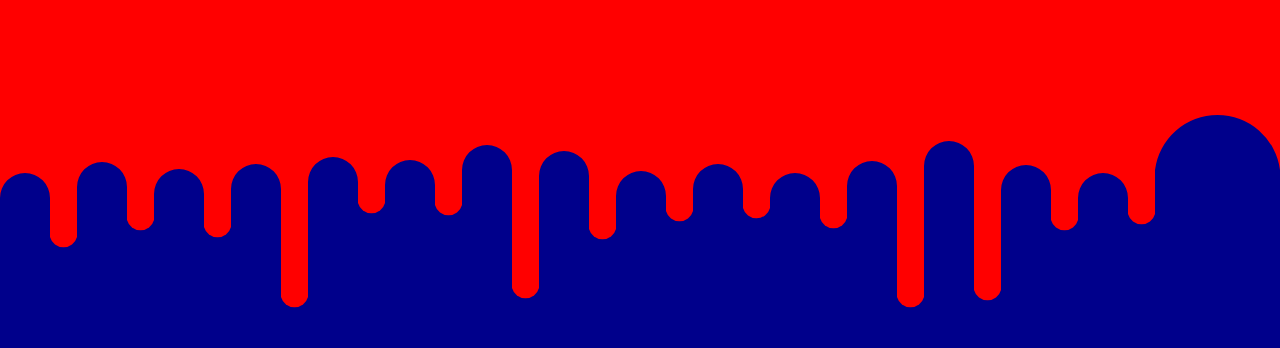
Repository: l-ollie/drip
Page: index.html
The author's editor kept a copy of each file at every save. The page is drawn from the files as they stood at one save, then again after the next save.
The browser window is 1280 px wide. The pictures show the whole page.

Above is the page before, as saved 2022-06-30 18:37:28.

### index.html
<!DOCTYPE html>
<!--[if lt IE 7]>      <html class="no-js lt-ie9 lt-ie8 lt-ie7"> <![endif]-->
<!--[if IE 7]>         <html class="no-js lt-ie9 lt-ie8"> <![endif]-->
<!--[if IE 8]>         <html class="no-js lt-ie9"> <![endif]-->
<!--[if gt IE 8]>      <html class="no-js"> <!--<![endif]-->
<html>
    <head>
        <meta charset="utf-8">
        <meta http-equiv="X-UA-Compatible" content="IE=edge">
        <title>Drip</title>
        <meta name="description" content="">
        <meta name="viewport" content="width=device-width, initial-scale=1">
        <link rel="stylesheet" href="assets/style.css">
    </head>
    <body>
        <!--[if lt IE 7]>
            <p class="browsehappy">You are using an <strong>outdated</strong> browser. Please <a href="#">upgrade your browser</a> to improve your experience.</p>
        <![endif]-->
        <div id="container">
            <!-- <svg width="100%" height="100%" xmlns="http://www.w3.org/2000/svg">
                <style>


                    .point-cursor { cursor: pointer; } /* specific elements */
                  </style>

                <path id="drip1"   class="point-cursor" d="M 0 0 v 100 a 50 50 1 0 0 100 0 v -100 Z"  fill="red">
                    <animate

                    id="dripAnim1"
                    attributeName="d"
                    dur="0.5"
                    type="translate"
                    begin="indefinite; "
                    repeatCount="1"
                    calcMode="spline"
                    keySplines=".21,.3,.01,.98"
                    values="M 0 0 v 100 a 50 50 1 0 0 100 0 v -100 Z ; M 0 0 v 100 a 50 50 1 0 0 100 0 v -100 Z"
                    />
                </path>



                <path id="ball1" d="M 100 0 v 100 a 50 50 0 0 1 100 0 v -100 Z"  fill="red">
                <animate
                id="anim1"
                attributeName="d"
                from="M 100 0 v 100 a 50 50 0 0 1 100 0 v -100 Z"
                to="M 100 0 v 200 a 50 50 0 0 1 100 0 v -200 Z"
                dur="1"
                type="translate"
                begin="0s; "
                repeatCount="1"
                fill="freeze"
                calcMode="spline"
                keySplines="0.4 0 0.2 1"
                values="
                M 100 0 v 200 a 50 50 0 0 1 100 0 v -200 Z
                ;
                M 100 0 v 100 a 50 50 0 0 1 100 0 v -100 Z
                "
                />
                <!-- <animate
                id="anim2"
                attributeName="d"
                from="M 100 0 v 200
                a 50 50 0 0 1 100 0
                v -200 Z"
                to="M 100 0 v 100
                a 50 50 0 0 1 100 0
                v -100 Z"
                dur="1"
                type="translate"
                begin="anim1.end"
                easing="ease-in-out"
                /> -->
                <!-- </path>

              </svg>  -->
        </div>

        <script src="drip.js" async defer></script>
    </body>
</html>

### assets/style.css
body{
    margin: 0px;
    background-color:darkblue;
}

#container{
    height: 90vh;
}

.point-cursor { cursor: pointer; }

### drip.js
// svg.appendChild(r);
// @ts-check

function makeSVG() {
	const amount = 31;
	// const width = 50;
	const height = 200;
	let currentXPos = 0;

	const windowWidth = window.innerWidth;
	const pathWidth = Math.ceil(windowWidth / amount);

	let svgElement = document.createElementNS('http://www.w3.org/2000/svg', 'svg');
	svgElement.setAttributeNS(null, 'width', '100%');
	svgElement.setAttributeNS(null, 'height', '100%');

	for (let i = 0; i < amount; i++) {
		svgElement.appendChild(lowDrip(pathWidth, height, i));
	}
	document.getElementById('container').appendChild(svgElement);

	////////////////////////////////
	function lowDrip(width, height, i) {
		const dripLow = '1 0 0';
		const dripHigh = '0 0 1';
		let isLow;
		let arc;
		const idNames = [ 'drip', 'curve' ];
		let idName;
		let random = Math.random() * 50;

		if (i % 2 !== 0) {
			isLow = true;
			arc = dripLow;
			width = Math.round(width * 0.65);
			if (random > 40) random *= 2;
			height = Math.ceil(height + random);
		} else {
			isLow = false;
			arc = dripHigh;
			width = Math.round(width * 1.2);
			height = Math.ceil(height - random);
		}
		if (i === amount - 1) {
			width = windowWidth - currentXPos;
		}

		function setAttributeNSForSvg(createElement, attributes, pathElement) {
			let _svg = document.createElementNS('http://www.w3.org/2000/svg', createElement);
			const halfWidth = Math.ceil(width / 2);
			const _singlePath = `M ${currentXPos} 0 v ${height} a ${halfWidth} ${halfWidth} ${arc} ${width} 0 v -${height} Z`;

			for (let y = 0; y < attributes.length; y++) {
				_svg.setAttributeNS(null, attributes[y][0], attributes[y][1]);
			}
			if (_svg.tagName.toLowerCase() === 'path') {
				_svg.setAttributeNS(null, 'd', `${_singlePath}`);

				console.log(`path = ${_singlePath}`);
				currentXPos += width;
				return _svg;
			} else {
				console.log(`animate = ${_singlePath}`);
				const _copiedPath = getPathFromSvg(pathElement.getAttributeNS(null, 'd'));
				_svg.setAttributeNS(null, 'values', `${_copiedPath} ; ${_copiedPath}`);

				return _svg;
			}
		}

		const attributesDripPath = [ [ 'id', `${isLow ? idNames[0] : idNames[1]}${i}` ], [ 'fill', 'red' ] ];
		let _path = setAttributeNSForSvg('path', attributesDripPath);
		// if (isLow) console.log('adding cursur to ' + `${_path.getAttributeNS(null, 'id')}`);

		if (isLow === false) {
			return _path;
		} else {
			_path.setAttributeNS(null, 'class', 'point-cursor');
			const attributesDripAnim = [
				[ 'id', `dripAnim${i}` ],
				[ 'attributeName', 'd' ],
				[ 'dur', '0.3' ],
				[ 'type', 'translate' ],
				[ 'begin', 'indefinite; ' ],
				[ 'repeatCount', '1' ],
				[ 'calcMode', 'spline' ],
				[ 'keySplines', '.21,.3,.01,.98' ]
			];
			let _anim = setAttributeNSForSvg('animate', attributesDripAnim, _path);
			_path.appendChild(_anim);

			return _path;
		}
	}
}

makeSVG();

function getPathFromSvg(path) {
	const regexPath = /M+ +[0-9]+ +[0-9]+ +v+ +[0-9]+ +a+ +[0-9]+ +[0-9]+ +[0-9]+ +[0-9]+ +[0-9]+ +[0-9]+ +[0-9]+ +v+ +-+[0-9]+ +Z/g;

	let value;
	let values = [];

	while ((value = regexPath.exec(path)) !== null) {
		values.push(value[0]);
	}
	return values;
}

container.onmousedown = function(e) {
	const dripIDRegex = /drip/;
	let el = e.target.correspondingUseElement ? e.target.correspondingUseElement : e.target;
	const elementId = el.getAttributeNS(null, 'id');
	const dripName = dripIDRegex.exec(elementId);
	if (dripName === null) {
		return;
	}
	document.addEventListener('mousemove', onMouseMove);
	const dripNum = /[0-9]+/.exec(elementId);
	const clickBeginYPos = e.pageY;
	let dragLength = 0;
	let pathD = el.getAttribute('d');

	function onMouseMove(e) {
		dragLength = e.pageY - clickBeginYPos;
		el.setAttributeNS(null, 'd', addLength(pathD, dragLength));
	}

	function addLength(oldLength, dragLength) {
		const regex = /v+ +[0-9]+|v+ +-+[0-9]+/g;
		const drippingPoints = oldLength.match(regex);
		const drippingLength = Number(/[0-9]+/.exec(drippingPoints[0]));
		let newDrippingPoints = oldLength.replace(drippingPoints[0], `v ${drippingLength + dragLength}`);
		newDrippingPoints = newDrippingPoints.replace(drippingPoints[1], `v -${drippingLength + dragLength}`);
		return newDrippingPoints;
	}

	onmouseup = function() {
		document.removeEventListener('mousemove', onMouseMove);
		container.onmouseup = null;
		changeAnimation();

		function changeAnimation() {
			if (dragLength === 0) {
				return;
			}
			const animId = Number(/[0-9]+/.exec(elementId));

			const regexPath = /M+ +[0-9]+ +[0-9]+ +v+ +[0-9]+ +a+ +[0-9]+ +[0-9]+ +[0-9]+ +[0-9]+ +[0-9]+ +[0-9]+ +[0-9]+ +v+ +-+[0-9]+ +Z/g;
			let svgAnimation = document.getElementById(`dripAnim${animId}`);
			const valuesProp = svgAnimation.getAttributeNS(null, 'values');

			const values = getPathFromSvg(valuesProp);

			const changedValue = valuesProp.replace(values[0], `${addLength(values[1], dragLength)}`);
			svgAnimation.setAttributeNS(null, 'values', changedValue);
			svgAnimation.beginElement();
			el.setAttributeNS(null, 'd', pathD);
			dragLength = 0;
		}
	};
};

After the next save:
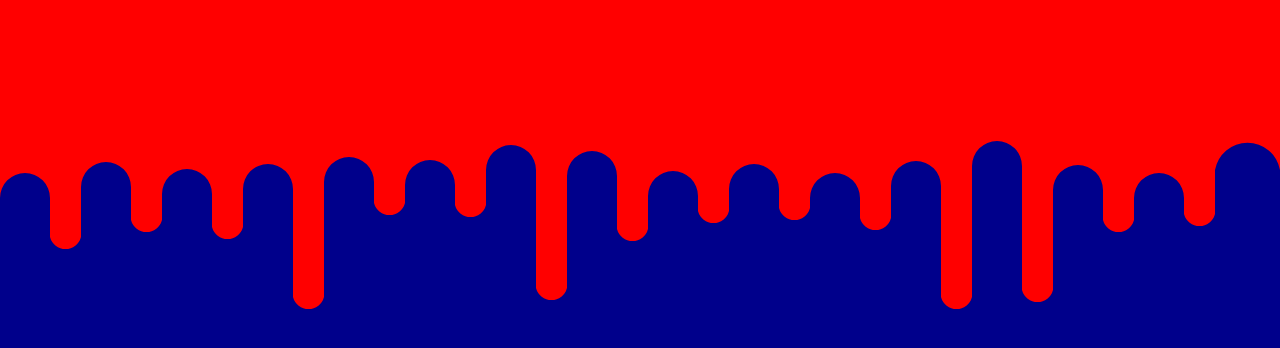
Saved 6 s later.
--- a/drip.js
+++ b/drip.js
@@ -32,7 +32,7 @@ function makeSVG() {
 		if (i % 2 !== 0) {
 			isLow = true;
 			arc = dripLow;
-			width = Math.round(width * 0.65);
+			width = Math.round(width * 0.74);
 			if (random > 40) random *= 2;
 			height = Math.ceil(height + random);
 		} else {
